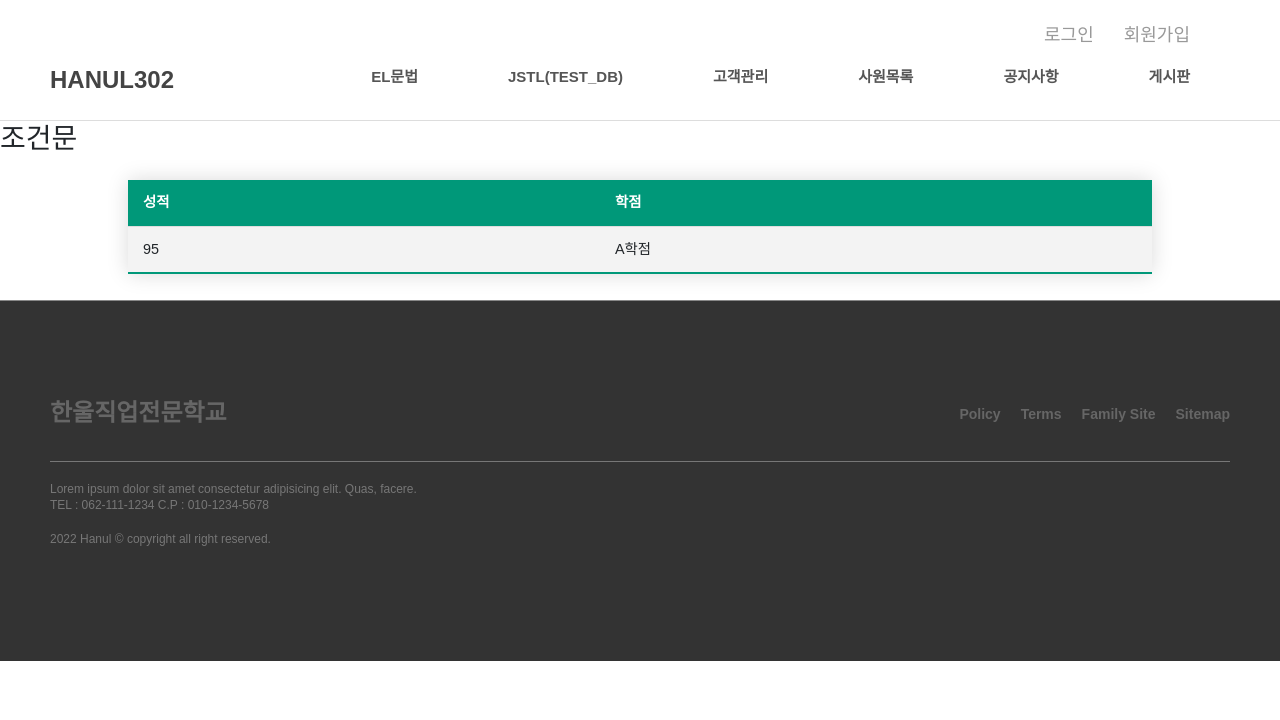
Repository: Xeyeong/servlet
Page: http://localhost/05.MiniProject/el/control.jsp
An editor plug-in stored every save of this project. The page is shown before and after the next save, followed by the edit.
The browser window is 1280 px wide. The pictures show the whole page.
Some web libraries are served in a nearby version. The page is served by Tomcat 9.

Above is the page before, as saved 2022-09-22 00:55:52.

After the next save:
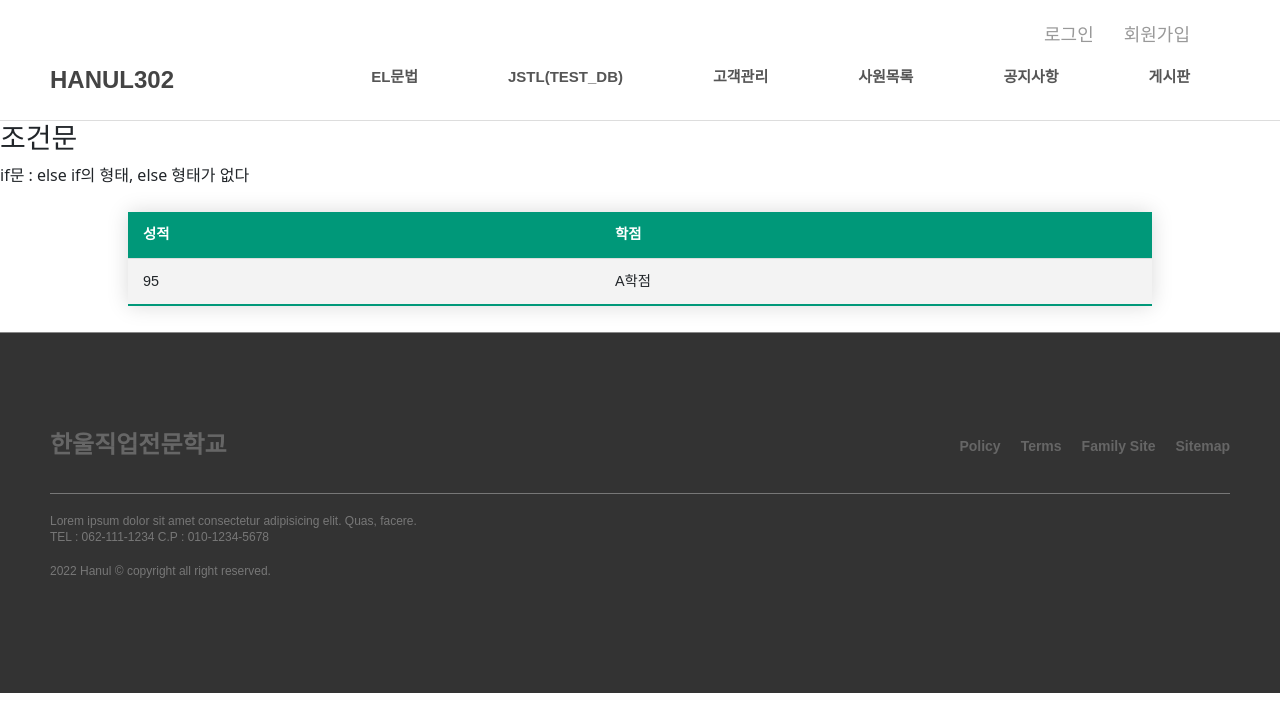
Saved 68 s later.
--- a/05.MiniProject/src/main/webapp/el/control.jsp
+++ b/05.MiniProject/src/main/webapp/el/control.jsp
@@ -11,6 +11,7 @@
 	<jsp:include page="/include/header.jsp" />
 
 	<h3>조건문</h3>
+	<div>if문 : else if의 형태, else 형태가 없다</div>
 	<c:set var="score" value="95" />
 	<!--
 	<c:if test="${score ge 90 }">
